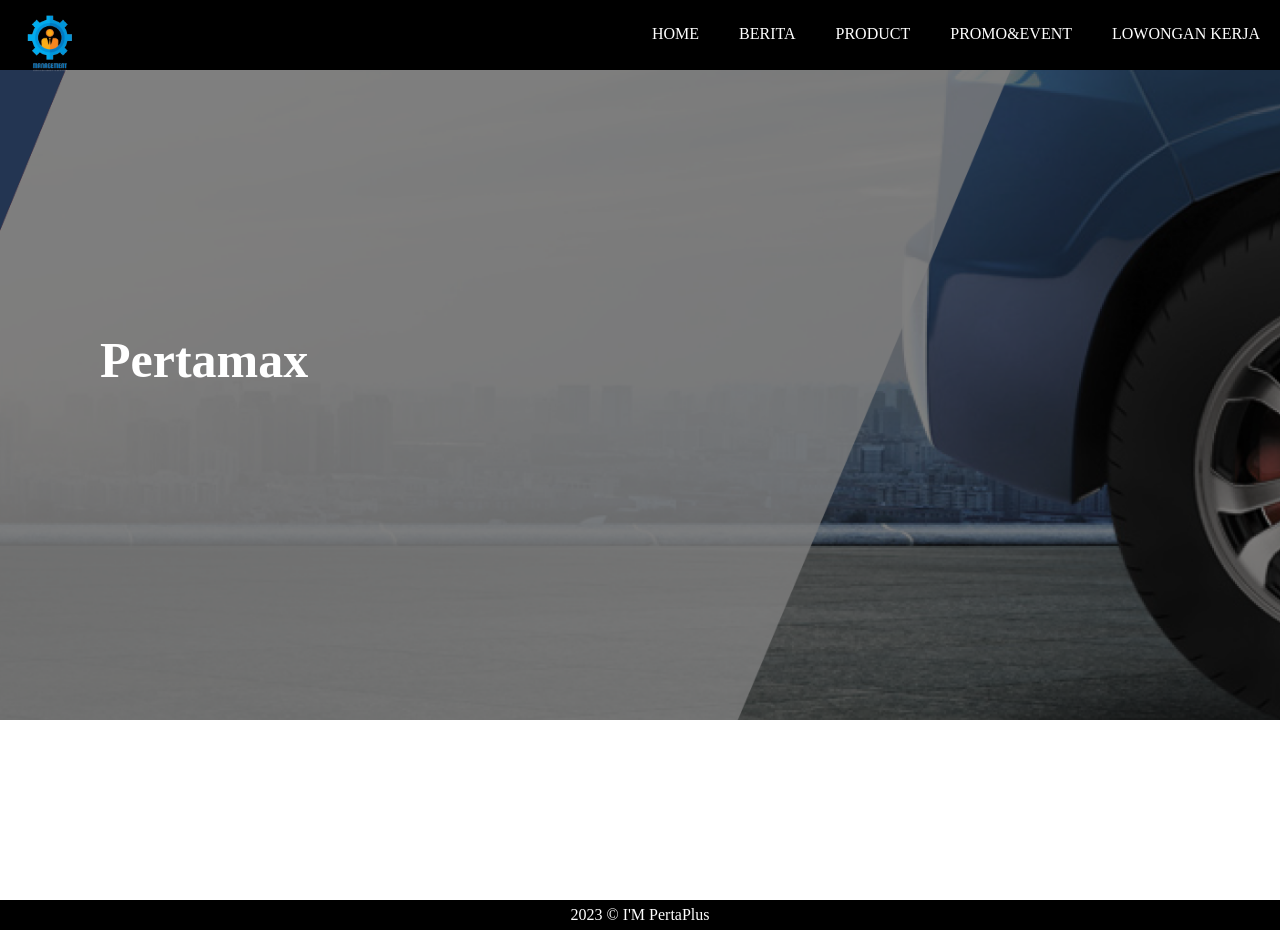
Repository: rizalardi34/project-mypertaplus
Page: pertamax.html
These files come from the project's save history. The page is drawn as it stood at one moment and after a run of saves; the edit follows.
The browser window is 1280 px wide. The pictures show the whole page.

Above is the page before, as saved 2023-04-25 13:06:44.

After the next 2 saves:
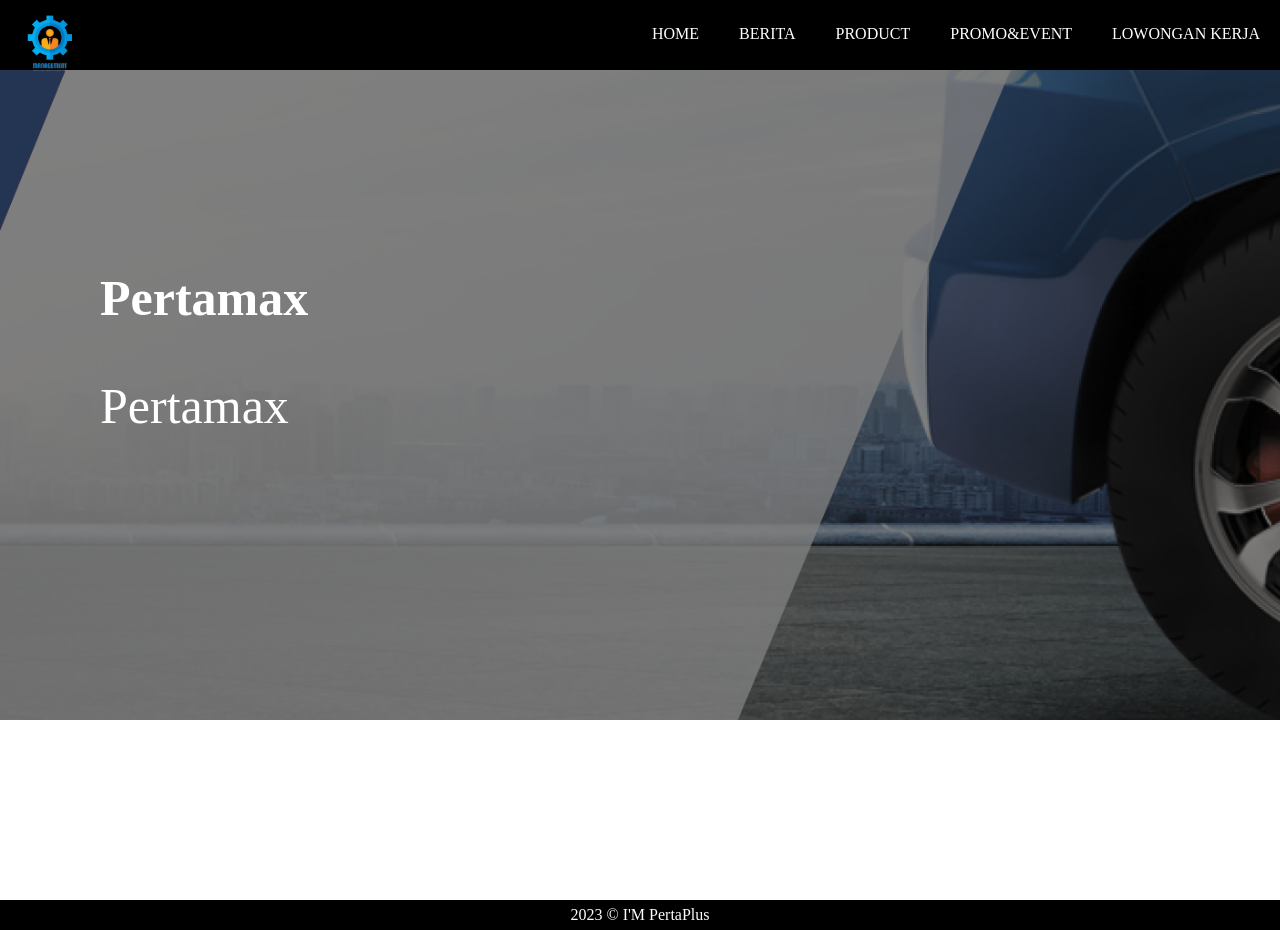
The 2 saves are shown as one change because they came seconds apart.
The last was saved 25 s later.
--- a/pertamax.html
+++ b/pertamax.html
@@ -22,6 +22,7 @@
                 <div style="background-color:rgb(0, 0, 0,0.5); height: 100%; width: 100%; display: flex; justify-content: start; align-items: center; padding-left: 100px;">
                     <div>
                         <h1 style=" color: white; font-size: 50px; ">Pertamax</h1>
+                        <p style=" color: white; font-size: 50px; ">Pertamax</p>
                     </div>
                 </div>
             </div>
